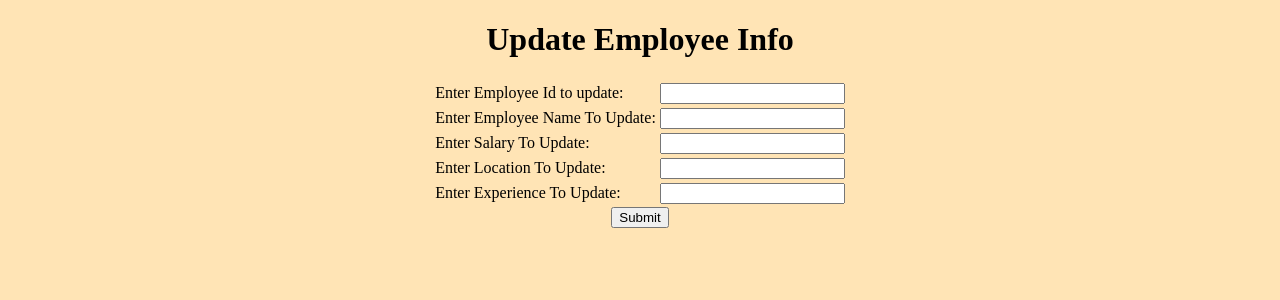
Repository: mounikagunda/corejavaproject
Page: http://localhost/projectjsp1/Update.jsp
These files come from the project's save history. The page is drawn as it stood at one moment and after the next save; the edit follows.
The browser window is 1280 px wide. The pictures show the whole page.
The page is served by Tomcat 9.

Above is the page before, as saved 2016-12-21 07:08:47.

After the next save:
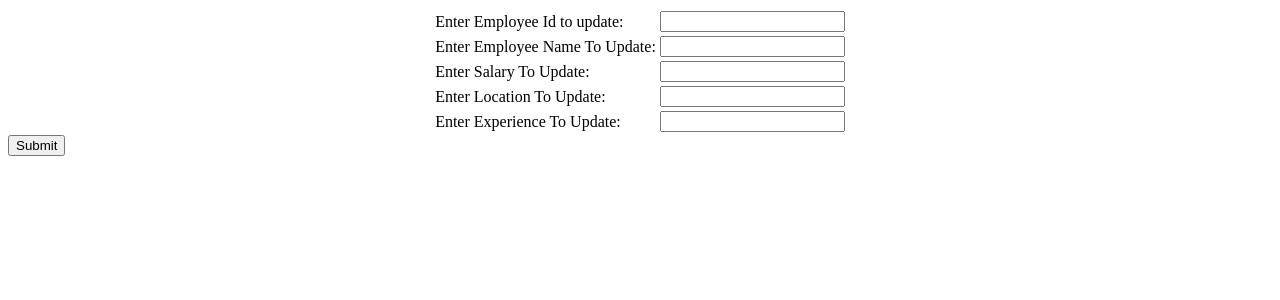
Saved 3 min 21 s later.
--- a/projectjsp1/WebContent/Update.jsp
+++ b/projectjsp1/WebContent/Update.jsp
@@ -7,11 +7,10 @@
 <title>Insert title here</title>
 </head>
 <body>
-<body style="background-color:Moccasin">
-<div align="center">
-<h1>Update Employee Info</h1>
+
+
 <form action="Update" method="post">
-<table >
+<table align="center" >
 
 <tr>
       <td>Enter Employee Id to update:</td>
@@ -43,6 +42,6 @@
 <input type="submit" value="Submit">
 
 </form>
-</div>
+
 </body>
 </html>
